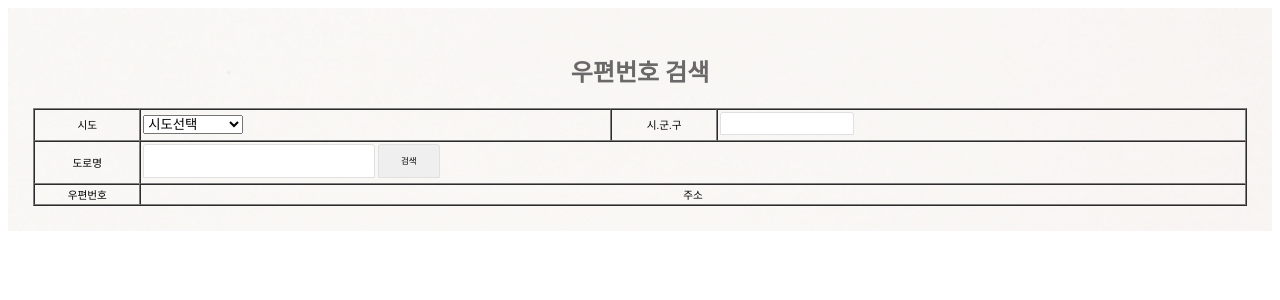
Repository: keepsus/gaebokchi
Page: http://localhost/uzuslime/member/memberCheckPost.jsp
The author's editor kept a copy of each file at every save. The page is drawn from the files as they stood at one save, then again after the next save.
The browser window is 1280 px wide. The pictures show the whole page.
The page is served by Tomcat 9. Nobody is signed in. The application's start-up code is not run.

Above is the page before, as saved 2021-02-12 11:48:20.

After the next save:
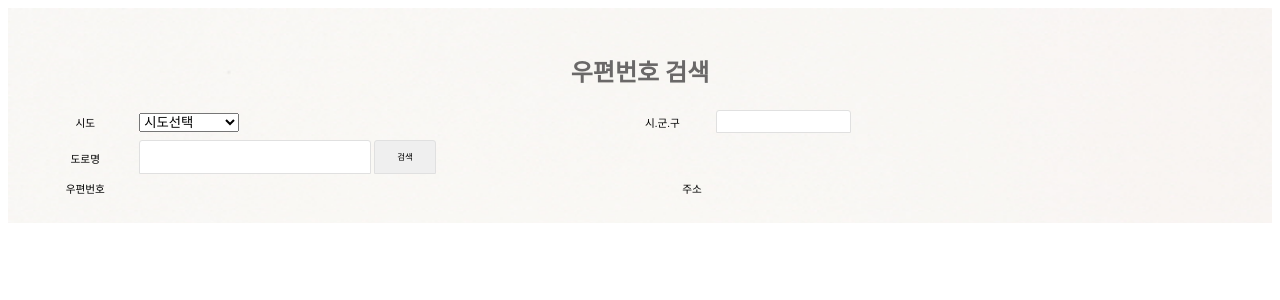
Saved 2 min 39 s later.
--- a/uzuslime/src/main/webapp/member/memberCheckPost.jsp
+++ b/uzuslime/src/main/webapp/member/memberCheckPost.jsp
@@ -14,7 +14,7 @@
 <form id="memberCheckPostForm">
 <div class="checkPost">
 <h2 style="text-align:center; color:rgba(63, 62, 62, 0.774); margin-botton:30px;">우편번호 검색</h2>
-<table id="checkPostTable" border="1" width="100%" cellpadding="2" cellspacing="0">
+<table id="checkPostTable" width="100%" cellpadding="2" cellspacing="0">
 <tr>
 	<td width="100" align="center">시도</td>
 	<td>
